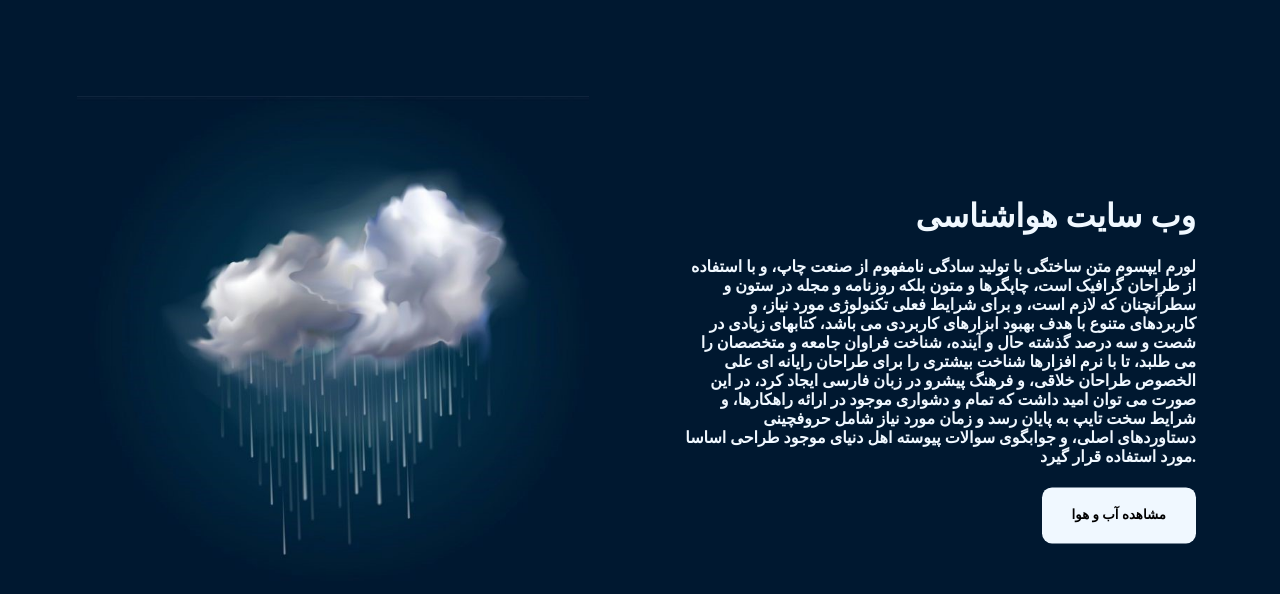
Repository: fateme81yosefi/weather
Page: landing/Landing.html
These files come from the project's save history. The page is drawn as it stood at one moment and after a run of saves; the edit follows.
The browser window is 1280 px wide. The pictures show the whole page.
Some web fonts or font styles are not loaded; a fallback is used.

Above is the page before, as saved 2025-02-02 16:52:53.

After the next 3 saves:
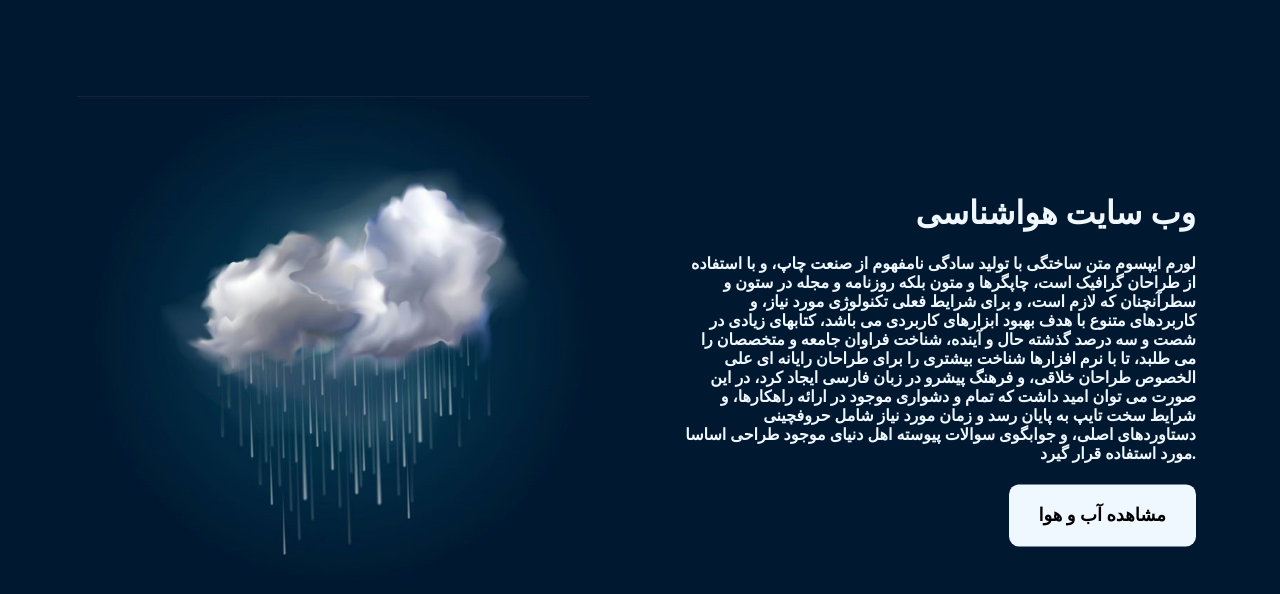
The 3 saves are shown as one change because they came seconds apart.
The last was saved 31 s later.
--- a/landing/style/landing.css
+++ b/landing/style/landing.css
@@ -41,6 +41,7 @@ body {
   padding: 20px 30px;
   font-family: vazir;
   font-weight: bold;
+  font-size: large;
 }
 @media screen and (min-width: 1200px) {
   .container-landing {
